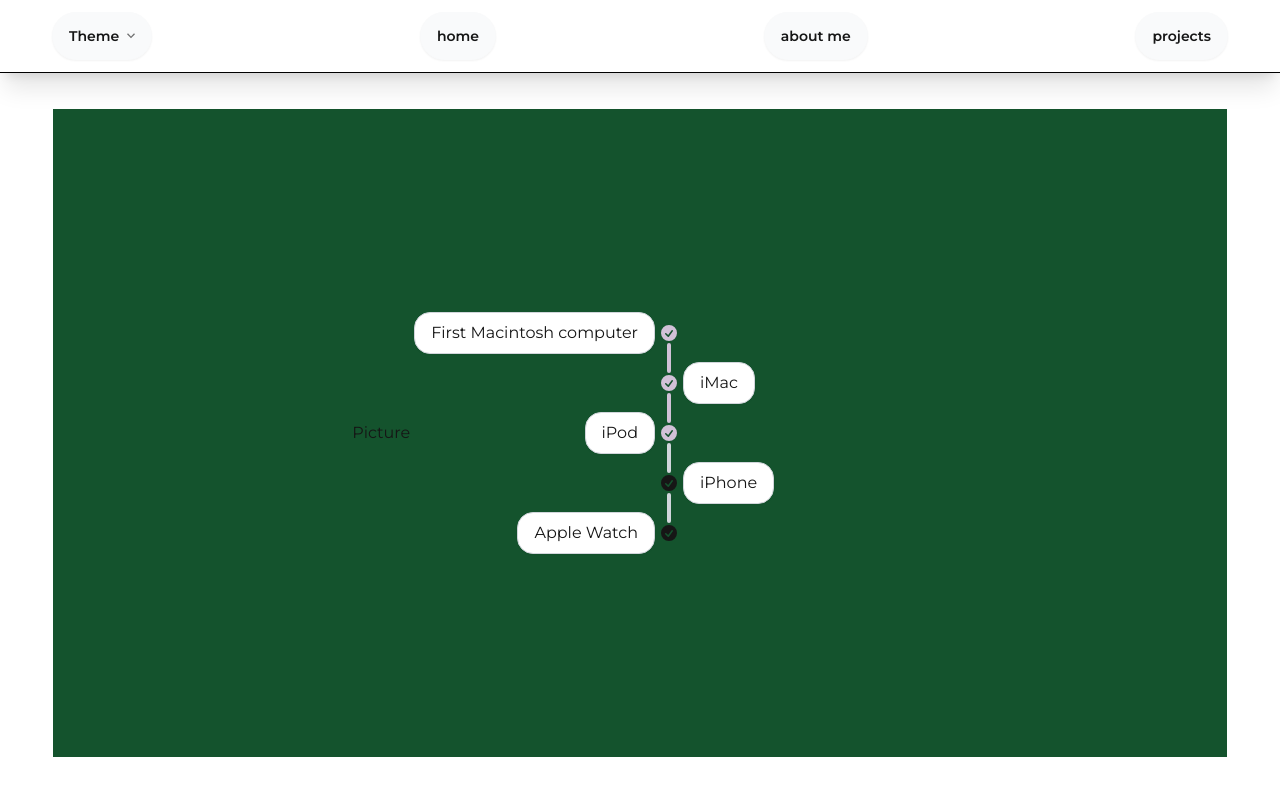
Repository: Yakyaz/myWebsite
Page: /about
The author's editor kept a copy of each file at every save. The page is drawn from the files as they stood at one save, then again after the next save.
The browser window is 1280 px wide. The pictures show the whole page.
The project was rebuilt for these pictures with package versions that can differ from the ones it lists, and the page was loaded fresh each time. The framework's server and built-in components were replaced by stand-ins that run in the browser. Also part of the build but not shown: next.config.js.

Above is the page before, as saved 2023-12-05 21:39:25.

After the next save:
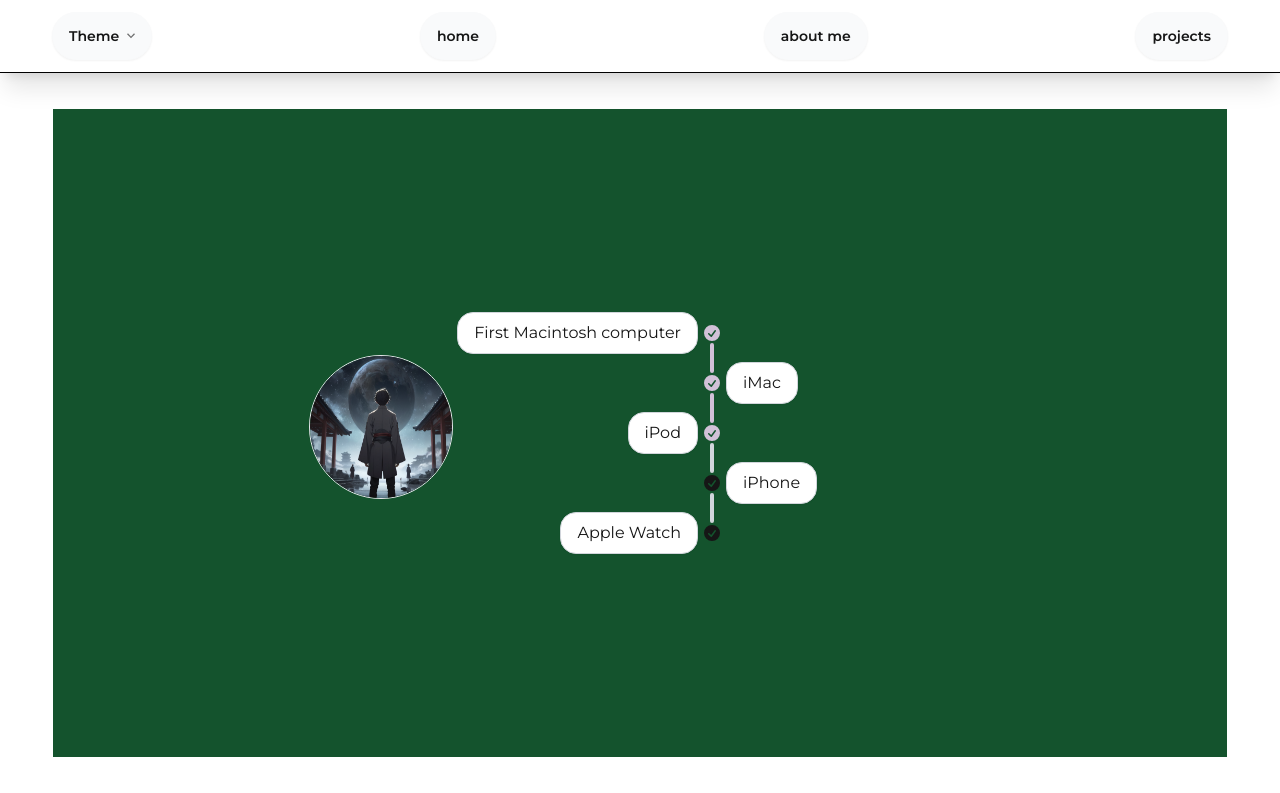
Saved 61 s later.
--- a/app/about/page.tsx
+++ b/app/about/page.tsx
@@ -1,5 +1,6 @@
 import Link from "next/link";
 import bg from "public/background.png";
+import Image from "next/image";
 function Home() {
   return (
     <main className="w-screen h-screen flex items-center justify-center ">
@@ -7,7 +8,16 @@
         className="bg-green-900 w-11/12 flex justify-center items-center "
         style={{ height: "90%" }}
       >
-        <div>Picture</div>
+        <div>
+          <Image
+            className="border rounded-full mb-3 h-36 w-36 text-center "
+            alt="Pb"
+            src={bg}
+            placeholder="blur"
+            quality={100}
+            sizes="100%"
+          />
+        </div>
         <div>
           <ul className="timeline timeline-vertical">
             <li>
